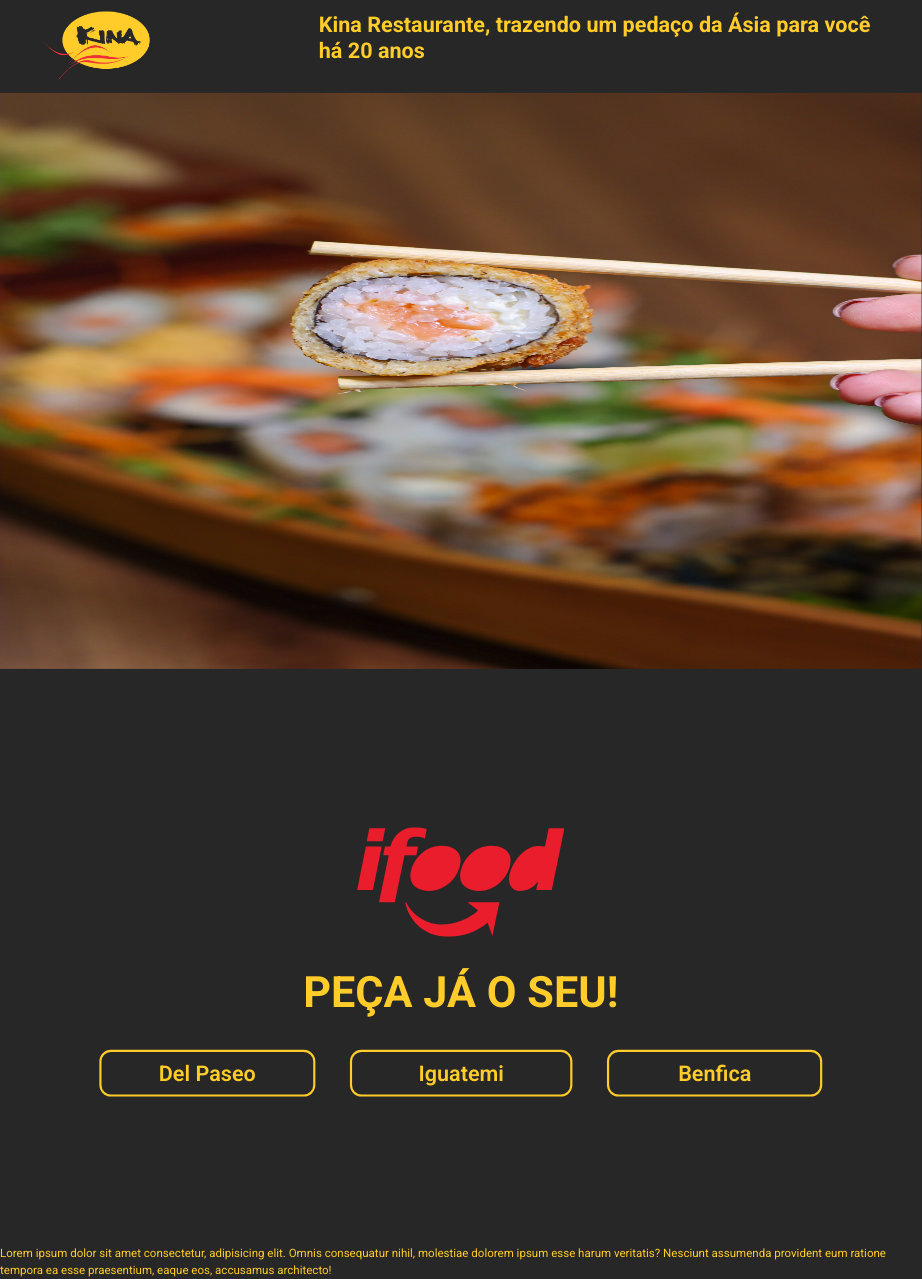
Repository: chidekina/kina-page
Page: index.html
The author's editor kept a copy of each file at every save. The page is drawn from the files as they stood at one save, then again after the next save.
The browser window is 1280 px wide. The pictures show the whole page, at 72% of full size.

Above is the page before, as saved 2025-03-20 17:06:32.

After the next save:
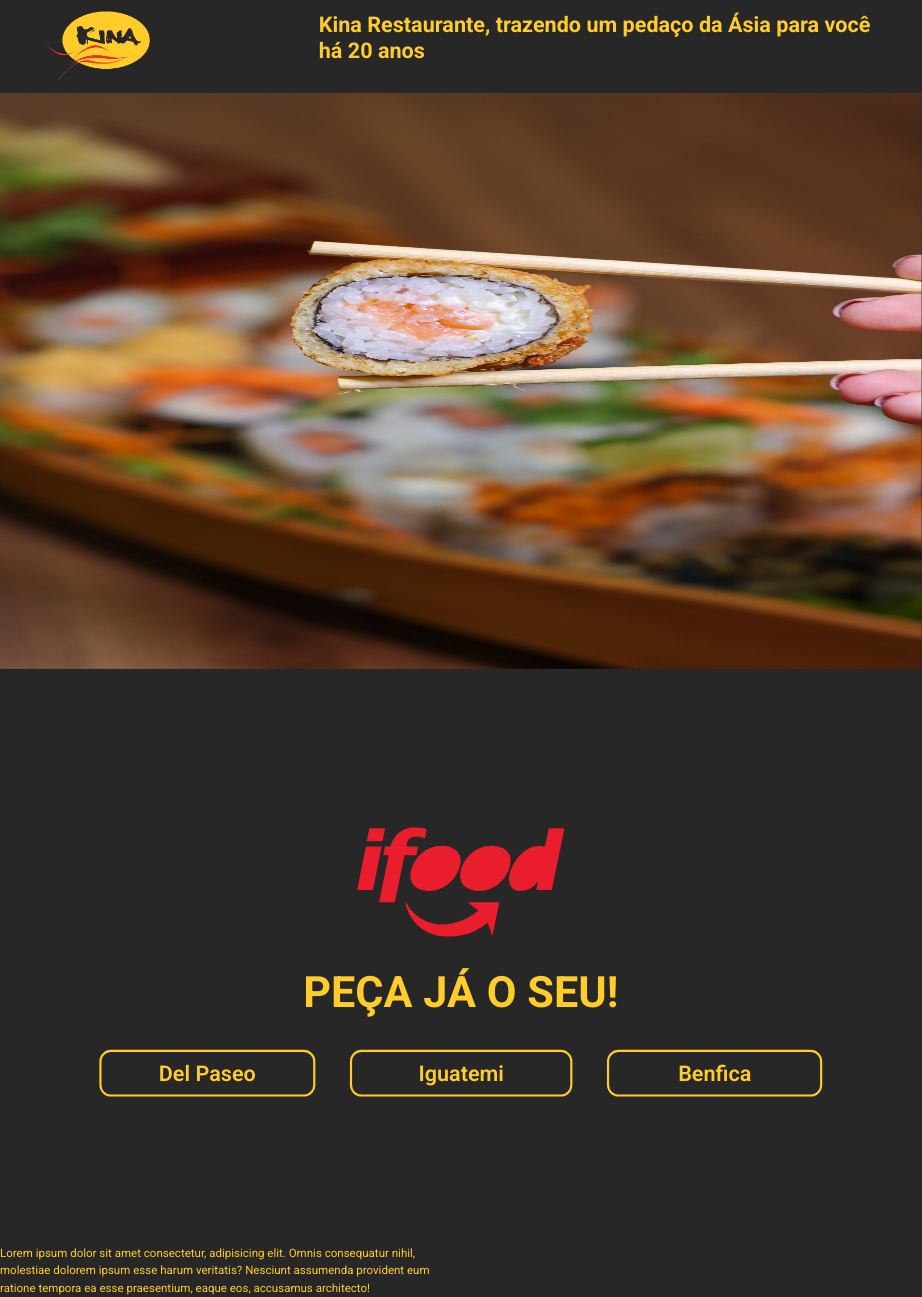
Saved 7 s later.
--- a/index.html
+++ b/index.html
@@ -58,7 +58,7 @@
       </ul>
     </div>
     <div>
-        <p class="w/12">Lorem ipsum dolor sit amet consectetur, adipisicing elit. Omnis consequatur nihil, molestiae dolorem ipsum esse harum veritatis? Nesciunt assumenda provident eum ratione tempora ea esse praesentium, eaque eos, accusamus architecto!</p>
+        <p class="w-1/2">Lorem ipsum dolor sit amet consectetur, adipisicing elit. Omnis consequatur nihil, molestiae dolorem ipsum esse harum veritatis? Nesciunt assumenda provident eum ratione tempora ea esse praesentium, eaque eos, accusamus architecto!</p>
     </div>
   </body>
 </html>
